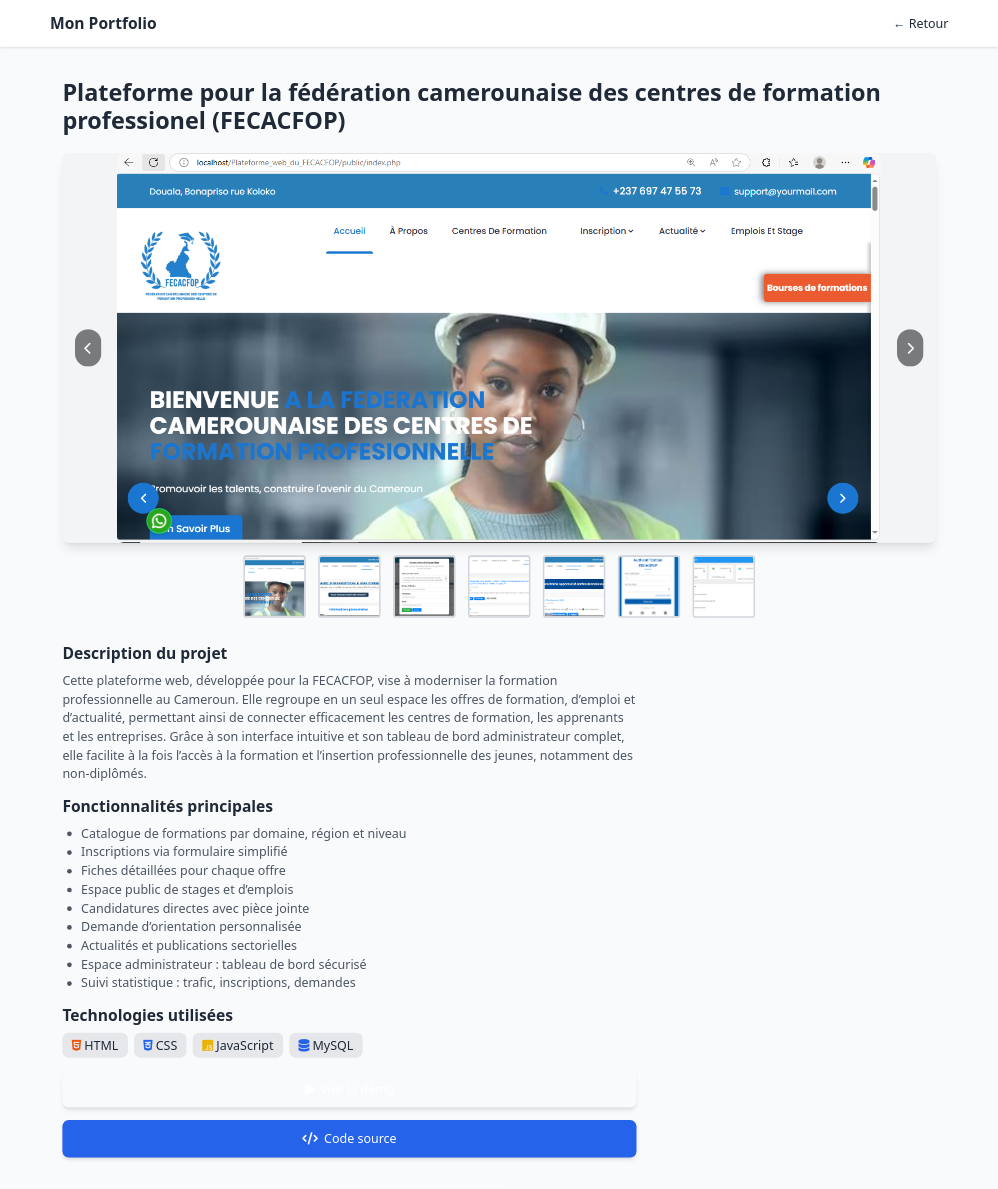
Repository: Edongo999/landry-portfolio
Page: projet-plateforme-web-FECACFOP.html
These files come from the project's save history. The page is drawn as it stood at one moment and after the next save; the edit follows.
The browser window is 1280 px wide. The pictures show the whole page, at 78% of full size.
Some web libraries are served in a nearby version.

Above is the page before, as saved 2025-09-14 01:55:05.

### projet-plateforme-web-FECACFOP.html

<!DOCTYPE html>
<html lang="fr">
<head>
  <meta charset="UTF-8" />
  <meta name="viewport" content="width=device-width, initial-scale=1.0" />
  <title>Détail du projet - Portfolio</title>
  <script src="https://cdn.tailwindcss.com"></script>
  <link rel="stylesheet" href="https://cdnjs.cloudflare.com/ajax/libs/font-awesome/6.4.0/css/all.min.css">
</head>
<body class="bg-gray-50 text-gray-800">

  <!-- Header -->
  <header class="bg-white shadow p-4 sticky top-0 z-50">
    <div class="max-w-6xl mx-auto flex justify-between items-center">
      <h1 class="text-xl font-bold">Mon Portfolio</h1>
      <a href="index.html" class="text-primary-600 hover:underline">← Retour</a>
    </div>
  </header>

  <!-- Section Détail Projet -->
  <section class="max-w-6xl mx-auto px-4 py-10">
    <h2 class="text-3xl font-bold mb-6">Plateforme pour la fédération camerounaise des centres de formation professionel (FECACFOP) </h2>

    <!-- Slider images/vidéos -->
    <div class="relative w-full max-h-[500px] mx-auto overflow-hidden rounded-lg shadow-lg mb-4 flex justify-center items-center bg-gray-100">
      <div id="slide-container" class="w-full flex justify-center items-center"></div>
      <button onclick="prevSlide()" class="absolute top-1/2 left-4 transform -translate-y-1/2 bg-black/50 text-white p-3 rounded-full z-10">
        <i class="fas fa-chevron-left"></i>
      </button>
      <button onclick="nextSlide()" class="absolute top-1/2 right-4 transform -translate-y-1/2 bg-black/50 text-white p-3 rounded-full z-10">
        <i class="fas fa-chevron-right"></i>
      </button>
    </div>

    <!-- Miniatures -->
    <div class="flex justify-center gap-4 mb-8">
      <img src="assets/img/FECACFOP/CaptureACCUEIL.PNG" class="w-20 h-20 object-cover cursor-pointer border-2 border-primary-600 rounded" onclick="goToSlide(0)">
      <img src="assets/img/FECACFOP/CaptureINSCRIPTION.PNG" class="w-20 h-20 object-cover cursor-pointer border-2 border-gray-300 rounded" onclick="goToSlide(1)">
      <img src="assets/img/FECACFOP/CaptureORIENTATION.PNG" class="w-20 h-20 object-cover cursor-pointer border-2 border-gray-300 rounded" onclick="goToSlide(2)">
      <img src="assets/img/FECACFOP/CaptureActualité.PNG" class="w-20 h-20 object-cover cursor-pointer border-2 border-gray-300 rounded" onclick="goToSlide(3)">
      <img src="assets/img/FECACFOP/CaptureEMPLLOI.PNG" class="w-20 h-20 object-cover cursor-pointer border-2 border-gray-300 rounded" onclick="goToSlide(4)">
      <img src="assets/img/FECACFOP/AUTHENT.PNG" class="w-20 h-20 object-cover cursor-pointer border-2 border-gray-300 rounded" onclick="goToSlide(5)">
      <img src="assets/img/FECACFOP/DASHBORD.PNG" class="w-20 h-20 object-cover cursor-pointer border-2 border-gray-300 rounded" onclick="goToSlide(6)">
      <!-- Exemple vidéo miniature -->
      <!-- <img src="assets/img/video-thumb.png" class="w-20 h-20 object-cover cursor-pointer border-2 border-gray-300 rounded" onclick="goToSlide(3)"> -->
    </div>

    <!-- Description et boutons -->
    <div class="grid grid-cols-1 md:grid-cols-3 gap-8">
      <div class="md:col-span-2">
        <h3 class="text-xl font-semibold mb-2">Description du projet</h3>
        <p class="text-gray-600 mb-4">
          Cette plateforme web, développée pour la FECACFOP, vise à moderniser la formation professionnelle au Cameroun. Elle regroupe en un seul espace les offres de formation, d’emploi et d’actualité, permettant ainsi de connecter efficacement les centres de formation, les apprenants et les entreprises. Grâce à son interface intuitive et son tableau de bord administrateur complet, elle facilite à la fois l’accès à la formation et l’insertion professionnelle des jeunes, notamment des non-diplômés.
        </p>

      <h3 class="text-xl font-semibold mb-2">Fonctionnalités principales</h3>
      <ul class="list-disc pl-6 text-gray-600 mb-4">
        <li>Catalogue de formations par domaine, région et niveau</li>
        <li>Inscriptions via formulaire simplifié</li>
        <li>Fiches détaillées pour chaque offre</li>
        <li>Espace public de stages et d’emplois</li>
        <li>Candidatures directes avec pièce jointe</li>
        <li>Demande d’orientation personnalisée</li>
        <li>Actualités et publications sectorielles</li>
        <li>Espace administrateur : tableau de bord sécurisé</li>
        <li>Suivi statistique : trafic, inscriptions, demandes</li>
      </ul>


       <h3 class="text-xl font-semibold mb-2">Technologies utilisées</h3>
      <div class="flex flex-wrap gap-2 mb-4">
        <span class="flex items-center gap-1 px-3 py-1 bg-gray-200 rounded-lg">
          <i class="fab fa-html5 text-orange-600"></i> HTML
        </span>
        <span class="flex items-center gap-1 px-3 py-1 bg-gray-200 rounded-lg">
          <i class="fab fa-css3-alt text-blue-600"></i> CSS
        </span>
        <span class="flex items-center gap-1 px-3 py-1 bg-gray-200 rounded-lg">
          <i class="fab fa-js text-yellow-500"></i> JavaScript
        </span>
        <span class="flex items-center gap-1 px-3 py-1 bg-gray-200 rounded-lg">
          <i class="fas fa-database text-blue-600"></i> MySQL
        </span>
      </div>


<!-- Colonne droite : boutons avec effet lift -->

  <!-- Colonne droite : boutons -->
  <div class="flex flex-col gap-4 md:sticky md:top-32">
    <a href="projet-gestion-stagiaires.html" class="flex items-center justify-center w-full bg-primary-600 text-white py-3 rounded-lg text-center
       hover:bg-primary-700 hover:-translate-y-1 transform transition duration-300 shadow-md hover:shadow-lg">
      <i class="fas fa-play mr-2"></i> Voir la démo
    </a>
    <a href="https://github.com/toncompte/nom-du-projet" target="_blank" class="flex items-center justify-center w-full bg-blue-600 text-white py-3 rounded-lg text-center
       hover:bg-blue-700 hover:-translate-y-1 transform transition duration-300 shadow-md hover:shadow-lg">
      <i class="fas fa-code mr-2"></i> Code source
    </a>
  </div>
</div>


  </section>

<script>
  const slides = [
    { type: 'image', src: "assets/img/FECACFOP/CaptureACCUEIL.PNG" },
    { type: 'image', src: "assets/img/FECACFOP/CaptureINSCRIPTION.PNG" },
    { type: 'image', src: "assets/img/FECACFOP/CaptureORIENTATION.PNG" },
    { type: 'image', src: "assets/img/FECACFOP/CaptureActualité.PNG" },
    { type: 'image', src: "assets/img/FECACFOP/CaptureEMPLLOI.PNG" },
    { type: 'image', src: "assets/img/FECACFOP/AUTHENT.PNG" },
    { type: 'image', src: "assets/img/FECACFOP/DASHBORD.PNG" },
    // { type: 'video', src: "assets/video/demo.mp4" } // Exemple vidéo
  ];
  let index = 0;
  let slideInterval;
  let userInteracting = false;

  const container = document.getElementById("slide-container");

  function showSlide() {
    container.innerHTML = '';
    const slide = slides[index];
    if(slide.type === 'image'){
      const img = document.createElement("img");
      img.src = slide.src;
      img.alt = "Capture du projet";
      img.className = "w-auto max-h-[500px] object-contain rounded-lg transition-all duration-700";
      container.appendChild(img);
    } else if(slide.type === 'video'){
      const video = document.createElement("video");
      video.src = slide.src;
      video.controls = true;
      video.autoplay = true;
      video.className = "w-auto max-h-[500px] object-contain rounded-lg transition-all duration-700";
      container.appendChild(video);
    }

    // Mise à jour des miniatures
    const thumbs = document.querySelectorAll('.flex.justify-center img');
    thumbs.forEach((img, i) => {
      img.classList.toggle('border-primary-600', i === index);
      img.classList.toggle('border-gray-300', i !== index);
    });
  }

  function nextSlide() { index = (index + 1) % slides.length; showSlide(); }
  function prevSlide() { index = (index - 1 + slides.length) % slides.length; showSlide(); }
  function goToSlide(i){ index = i; showSlide(); }

  function startAutoSlide() {
    slideInterval = setInterval(()=>{ if(!userInteracting) nextSlide(); }, 20000);
  }

  function stopAutoSlide(){ clearInterval(slideInterval); }

  const slideWrapper = document.querySelector('.relative');
  const thumbnails = document.querySelectorAll('.flex.justify-center img');

  slideWrapper.addEventListener('mouseenter', () => userInteracting = true);
  slideWrapper.addEventListener('mouseleave', () => userInteracting = false);

  thumbnails.forEach((thumb, i)=>{
    thumb.addEventListener('click', ()=>{
      userInteracting = true;
      goToSlide(i);
      setTimeout(()=> userInteracting=false,2000);
    });
  });

  document.querySelector('.absolute.left-4').addEventListener('click', ()=>{
    userInteracting=true;
    prevSlide();
    setTimeout(()=> userInteracting=false,2000);
  });
  document.querySelector('.absolute.right-4').addEventListener('click', ()=>{
    userInteracting=true;
    nextSlide();
    setTimeout(()=> userInteracting=false,2000);
  });

  showSlide();
  startAutoSlide();
</script>
</body>
</html>

After the next save:
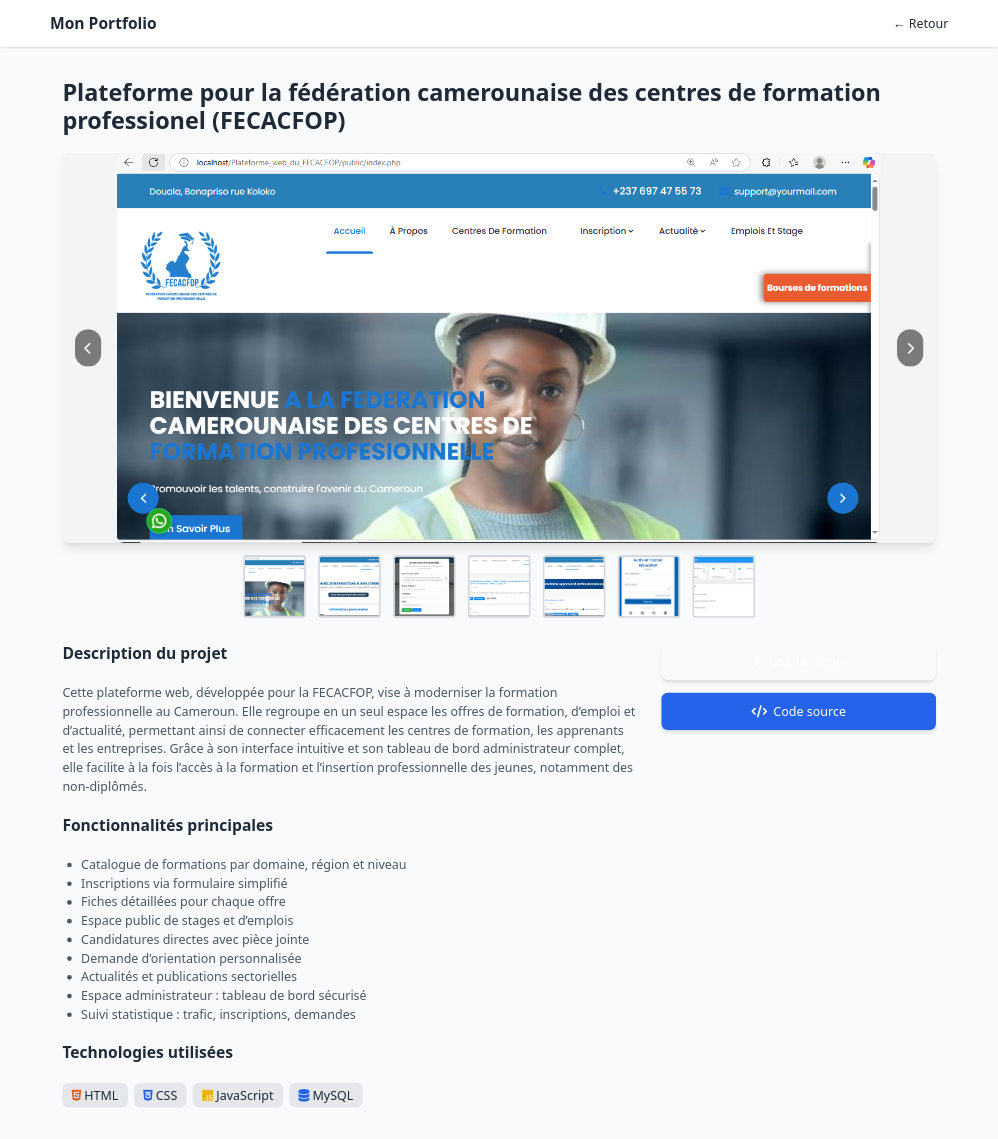
Saved 76 s later.
--- a/projet-plateforme-web-FECACFOP.html
+++ b/projet-plateforme-web-FECACFOP.html
@@ -46,46 +46,44 @@
       <!-- <img src="assets/img/video-thumb.png" class="w-20 h-20 object-cover cursor-pointer border-2 border-gray-300 rounded" onclick="goToSlide(3)"> -->
     </div>
 
-    <!-- Description et boutons -->
-    <div class="grid grid-cols-1 md:grid-cols-3 gap-8">
-      <div class="md:col-span-2">
-        <h3 class="text-xl font-semibold mb-2">Description du projet</h3>
-        <p class="text-gray-600 mb-4">
-          Cette plateforme web, développée pour la FECACFOP, vise à moderniser la formation professionnelle au Cameroun. Elle regroupe en un seul espace les offres de formation, d’emploi et d’actualité, permettant ainsi de connecter efficacement les centres de formation, les apprenants et les entreprises. Grâce à son interface intuitive et son tableau de bord administrateur complet, elle facilite à la fois l’accès à la formation et l’insertion professionnelle des jeunes, notamment des non-diplômés.
-        </p>
+   <!-- Description et boutons -->
+<div class="grid grid-cols-1 md:grid-cols-3 gap-8">
+  <!-- Colonne principale : description + fonctionnalités + technologies -->
+  <div class="md:col-span-2 space-y-6">
+    <h3 class="text-xl font-semibold mb-2">Description du projet</h3>
+    <p class="text-gray-600">
+      Cette plateforme web, développée pour la FECACFOP, vise à moderniser la formation professionnelle au Cameroun. Elle regroupe en un seul espace les offres de formation, d’emploi et d’actualité, permettant ainsi de connecter efficacement les centres de formation, les apprenants et les entreprises. Grâce à son interface intuitive et son tableau de bord administrateur complet, elle facilite à la fois l’accès à la formation et l’insertion professionnelle des jeunes, notamment des non-diplômés.
+    </p>
 
-      <h3 class="text-xl font-semibold mb-2">Fonctionnalités principales</h3>
-      <ul class="list-disc pl-6 text-gray-600 mb-4">
-        <li>Catalogue de formations par domaine, région et niveau</li>
-        <li>Inscriptions via formulaire simplifié</li>
-        <li>Fiches détaillées pour chaque offre</li>
-        <li>Espace public de stages et d’emplois</li>
-        <li>Candidatures directes avec pièce jointe</li>
-        <li>Demande d’orientation personnalisée</li>
-        <li>Actualités et publications sectorielles</li>
-        <li>Espace administrateur : tableau de bord sécurisé</li>
-        <li>Suivi statistique : trafic, inscriptions, demandes</li>
-      </ul>
+    <h3 class="text-xl font-semibold mb-2">Fonctionnalités principales</h3>
+    <ul class="list-disc pl-6 text-gray-600 mb-4">
+      <li>Catalogue de formations par domaine, région et niveau</li>
+      <li>Inscriptions via formulaire simplifié</li>
+      <li>Fiches détaillées pour chaque offre</li>
+      <li>Espace public de stages et d’emplois</li>
+      <li>Candidatures directes avec pièce jointe</li>
+      <li>Demande d’orientation personnalisée</li>
+      <li>Actualités et publications sectorielles</li>
+      <li>Espace administrateur : tableau de bord sécurisé</li>
+      <li>Suivi statistique : trafic, inscriptions, demandes</li>
+    </ul>
 
-
-       <h3 class="text-xl font-semibold mb-2">Technologies utilisées</h3>
-      <div class="flex flex-wrap gap-2 mb-4">
-        <span class="flex items-center gap-1 px-3 py-1 bg-gray-200 rounded-lg">
-          <i class="fab fa-html5 text-orange-600"></i> HTML
-        </span>
-        <span class="flex items-center gap-1 px-3 py-1 bg-gray-200 rounded-lg">
-          <i class="fab fa-css3-alt text-blue-600"></i> CSS
-        </span>
-        <span class="flex items-center gap-1 px-3 py-1 bg-gray-200 rounded-lg">
-          <i class="fab fa-js text-yellow-500"></i> JavaScript
-        </span>
-        <span class="flex items-center gap-1 px-3 py-1 bg-gray-200 rounded-lg">
-          <i class="fas fa-database text-blue-600"></i> MySQL
-        </span>
-      </div>
-
-
-<!-- Colonne droite : boutons avec effet lift -->
+    <h3 class="text-xl font-semibold mb-2">Technologies utilisées</h3>
+    <div class="flex flex-wrap gap-2 mb-4">
+      <span class="flex items-center gap-1 px-3 py-1 bg-gray-200 rounded-lg">
+        <i class="fab fa-html5 text-orange-600"></i> HTML
+      </span>
+      <span class="flex items-center gap-1 px-3 py-1 bg-gray-200 rounded-lg">
+        <i class="fab fa-css3-alt text-blue-600"></i> CSS
+      </span>
+      <span class="flex items-center gap-1 px-3 py-1 bg-gray-200 rounded-lg">
+        <i class="fab fa-js text-yellow-500"></i> JavaScript
+      </span>
+      <span class="flex items-center gap-1 px-3 py-1 bg-gray-200 rounded-lg">
+        <i class="fas fa-database text-blue-600"></i> MySQL
+      </span>
+    </div>
+  </div>
 
   <!-- Colonne droite : boutons -->
   <div class="flex flex-col gap-4 md:sticky md:top-32">
@@ -99,6 +97,7 @@
     </a>
   </div>
 </div>
+
 
 
   </section>
